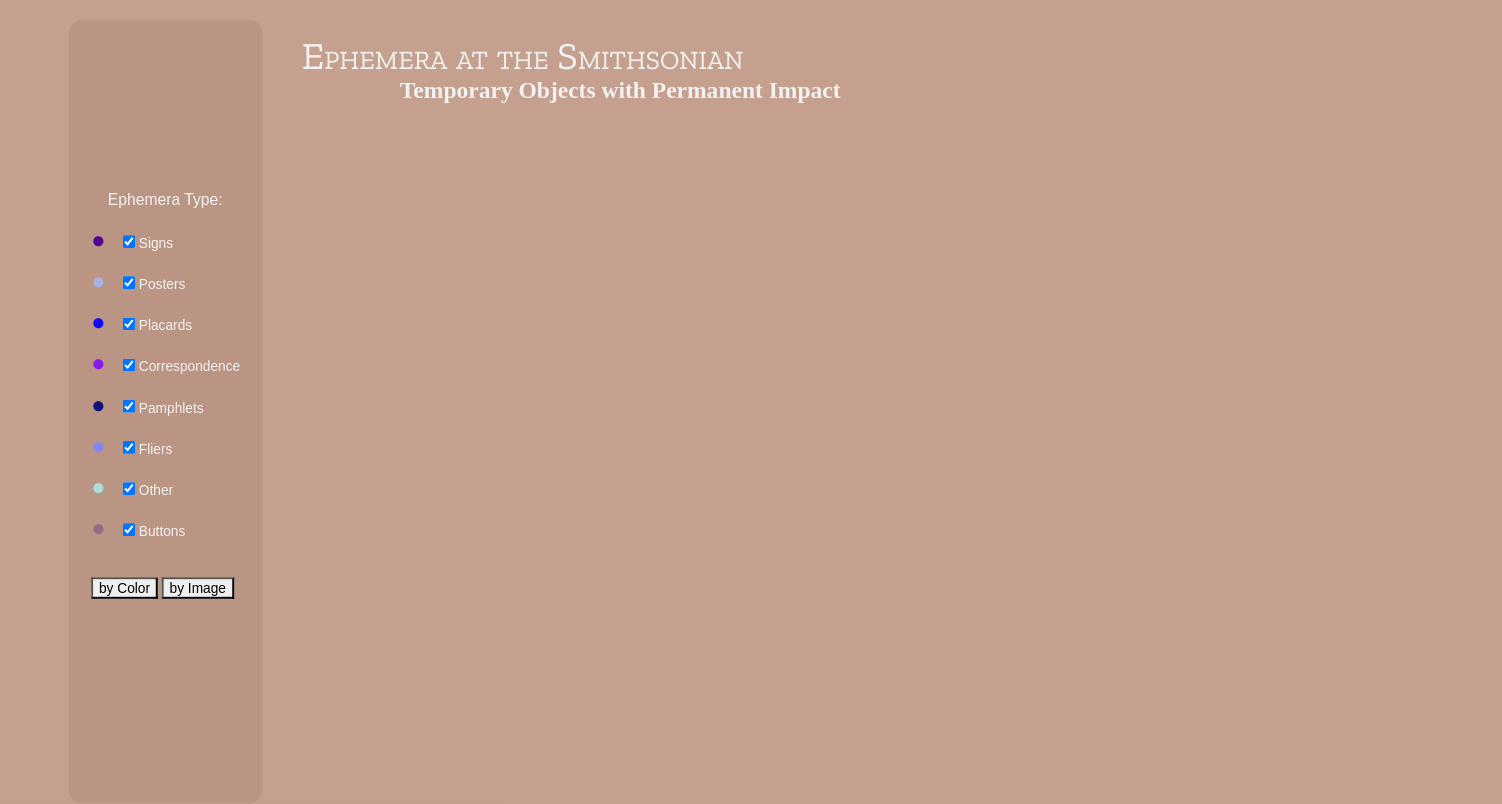
Repository: m0llyc00k/Major-studio-1
Page: Qualitative/examples-beeswarm/index-2.html
The author's editor kept a record of every edit. The page is drawn from the files as they stood at one moment, then again after the next edit.
The browser window is 1280 px wide. The page is 1533 px wide, then 1280 px, then 1533 px, so the pictures cover 1533 px, including what lies to the right of the window. The pictures show the whole page, at 98% of full size.
The page's requests for data from a server got no answer. Some web fonts or font styles are not loaded; a fallback is used.

Above is the page before.

### Qualitative/examples-beeswarm/index-2.html
<!DOCTYPE html>
<html lang="en">
<head>
  <title>Ephemera at the Smithsonian</title>
  <meta charset="utf-8">
  <meta name="viewport" content="width=device-width, initial-scale=1">
  <link rel="stylesheet" href="https://maxcdn.bootstrapcdn.com/bootstrap/4.5.2/css/bootstrap.min.css">
  <script src="https://ajax.googleapis.com/ajax/libs/jquery/3.5.1/jquery.min.js"></script>
  <script src="https://cdnjs.cloudflare.com/ajax/libs/popper.js/1.16.0/umd/popper.min.js"></script>
  <script src="https://maxcdn.bootstrapcdn.com/bootstrap/4.5.2/js/bootstrap.min.js"></script>
    <link rel="preconnect" href="https://fonts.googleapis.com">
    <link rel="preconnect" href="https://fonts.gstatic.com" crossorigin>
    <link href="https://fonts.googleapis.com/css2?family=Space+Grotesk:wght@300&family=Spartan:wght@100;400&family=Zilla+Slab:ital,wght@0,300;0,400;1,300;1,400&display=swap" rel="stylesheet">
    <link rel="preconnect" href="https://fonts.googleapis.com">
    <link rel="preconnect" href="https://fonts.gstatic.com" crossorigin>
    <link href="https://fonts.googleapis.com/css2?family=Zilla+Slab+Highlight:wght@400;700&display=swap" rel="stylesheet">

<style type="text/css">



        body {
            background-color: #C5A08E;
            zoom: reset;
        }


        .graph {
            width: 50%;
            background-color: #C5A08E;
        }

        #checkboxes > * {
            font: 14px sans-serif;
            font-weight: 300;
            color: #F3F3F3;
            padding: 3px;
            display: block;

        }

        .col-xs-4 {
            background-color: #ba9584;
            padding: 20px;
            border-radius: 15px;
            padding-top: 150px;
        }

        .measure-group {
            display:grid;
        }


        svg {
        background-color: #C5A08E;

        }

        .cells path {
            fill: none;
            pointer-events: all;
        }

        div.tooltip {
            position: fixed;
            text-align: left;
            color: white;
            white-space: normal;
            padding: 8px;
            font-size: 14px;
            background: rgb(96,125,139);
            border: 1px solid rgb(96,125,139);
            border-radius: 2px;
            pointer-events: none;
            cursor: pointer;
        }

        .axis path,
        .axis line {
            fill: none;
            stroke: rgb(96,125,139);
            shape-rendering: optimizeSpeed;
        }

        .axis text {
            font: 15px sans-serif;
            color: #F3F3F3;

        }

        .typeSort {}


        .container {
            padding-top: 20px;
        }




      </style>

</head>
<body>

<div class="container">
  <div class="row">

            <div class="col-xs-4"  id="checkboxes">
                <span style="position:relative; top: 5px; font-size: 16px; padding:20px;">Ephemera Type:</span>
                <label class="mdl-checkbox mdl-js-checkbox mdl-js-ripple-effect">
                    <span class="mdl-checkbox__label" id="signsColor" style="font-size: 24px; color: #530094;">&#9679;&nbsp;&nbsp;</span>
                    <input type="checkbox" value="signs" class="mdl-checkbox__input typeSort" checked="">    Signs
                </label>
                <label class="mdl-checkbox mdl-js-checkbox mdl-js-ripple-effect">
                    <span class="mdl-checkbox__label" id="postersColor" style="font-size: 24px; color: #A8B1E1;">&#9679;&nbsp;&nbsp;</span>
                    <input type="checkbox" value="posters" class="mdl-checkbox__input typeSort" checked="">    Posters
                </label>
                <label class="mdl-checkbox mdl-js-checkbox mdl-js-ripple-effect">
                    <span class="mdl-checkbox__label" id="placardsColor" style="font-size: 24px; color: #0E09F8;">&#9679;&nbsp;&nbsp;</span>
                    <input type="checkbox" value="placards" class="mdl-checkbox__input typeSort" checked="">    Placards
                </label>
                <label class="mdl-checkbox mdl-js-checkbox mdl-js-ripple-effect">
                     <span class="mdl-checkbox__label" id="correspondenceColor" style="font-size: 24px; color: #8C19E7;">&#9679;&nbsp;&nbsp;</span>
                    <input type="checkbox" value="correspondence" class="mdl-checkbox__input typeSort" checked="">    Correspondence
                </label>
                <label class="mdl-checkbox mdl-js-checkbox mdl-js-ripple-effect">
                     <span class="mdl-checkbox__label" id="pamphletsColor" style="font-size: 24px; color: #12107A;">&#9679;&nbsp;&nbsp;</span>
                    <input type="checkbox" value="pamphlets" class="mdl-checkbox__input typeSort" checked="">    Pamphlets
                </label>
                    <label class="mdl-checkbox mdl-js-checkbox mdl-js-ripple-effect">
                     <span class="mdl-checkbox__label" id="fliersColor" style="font-size: 24px; color: #8387F5;">&#9679;&nbsp;&nbsp;</span>
                    <input type="checkbox" value="fliers" class="mdl-checkbox__input typeSort" checked="">    Fliers
                </label>
                    <label class="mdl-checkbox mdl-js-checkbox mdl-js-ripple-effect">
                    <span class="mdl-checkbox__label" id="otherColor" style="font-size: 24px; color: #A8E1D8;">&#9679;&nbsp;&nbsp;</span>
                    <input type="checkbox" value="other" class="mdl-checkbox__input typeSort" checked="">    Other
                </label>
                <label class="mdl-checkbox mdl-js-checkbox mdl-js-ripple-effect">
                    <span class="mdl-checkbox__label" id="buttonsColor" style="font-size: 24px; color: #936C85;">&#9679;&nbsp;&nbsp;</span>
                    <input type="checkbox" value="buttons" class="mdl-checkbox__input typeSort" checked="">  Buttons
                </label>
                <div class="centered" style="padding-top: 25px">
    <div class="legendButtons" data-toggle="colorOrImage">
                <button onclick="changeColor(data)">by Color</button>
                <button onclick="changeImage(data)">by Image</button>
        <!--<button type="button" onclick="changeColor()" id="color" class="measure mdl-button mdl-js-button mdl-button--raised mdl-button--colored" value="typeSort">Type by Color</button> </br>-->
        <!--<button type="button" onclick="changeImage()" id="image" class="measure mdl-button mdl-js-button mdl-button--raised mdl-button--colored" value="primaryImage">Type by Image</button>-->
    </div>
    <!--<div class="scale-group" data-toggle="buttons-radio">-->
    <!--    <button type="button" class="scale mdl-button mdl-js-button mdl-button--raised mdl-button--colored" value="scaleLinear">Linear Scale</button>-->
    <!--    <button type="button" class="scale mdl-button mdl-js-button mdl-button--raised mdl-button--colored" value="scaleLog">Log Scale</button>-->
    <!--</div>-->
</div>
            </div>

    <div class="col-md-4" id="svganchor"></div><div class="col-xs-4"></div>




  </div>


<script src = "https://d3js.org/d3.v5.min.js"></script>
<script src = "beeswarm-2.js"></script>

</body>
</html>

### Qualitative/examples-beeswarm/beeswarm-2.js
let height = 800;
let width = 1250;
let margin = ({top: 40, right: 40, bottom: 34, left: 40});
let allDates = [];

// Data structure describing chart scales
let Scales = {
    lin: "scaleLinear",
    log: "scaleLog"
};

// Data structure describing volume of displayed data
let Count = {
    dateSort: "dateSort",
};

// Data structure describing legend fields value
let Legend = {
    dateSort: "dateSort",
};

let chartState = {};

chartState.measure = Count.dateSort;
chartState.scale = Scales.lin;
chartState.legend = Legend.dateSort;


// Colors used for circles depending on typeSort
let colors = d3.scaleOrdinal()
    .domain(["buttons", "signs", "posters", "placards", "correspondence", "pamphlets", "fliers", "other"])
    .range(['#936C85','#530094','#A8B1E1','#0E09F8','#8C19E7','#12107A', '#8387F5', '#A8E1D8']);

d3.select("#buttonsColor").style("color", colors("buttons"));
d3.select("#signsColor").style("color", colors("signs"));
d3.select("#postersColor").style("color", colors("posters"));
d3.select("#placardsColor").style("color", colors("placards"));
d3.select("#correspondenceColor").style("color", colors("correspondence"));
d3.select("#pamphletsColor").style("color", colors("pamphlets"));
d3.select("#fliersColor").style("color", colors("fliers"));
d3.select("#otherColor").style("color", colors("other"));


let svg = d3.select("#svganchor")
    .append("svg")
    .attr("width", width)
    .attr("height", height)

svg.append("text")
        .attr("x", 25)
        .attr("y", 50)
        .attr("text-anchor", "left")
        .style("font-size", "39px")
        .style("fill", "#f2f2f2")
        .style("font-family", "Zilla Slab")
        .style("font-variant", "small-caps")
        .text("Ephemera at the Smithsonian");

// Add subtitle to graph
svg.append("text")
        .attr("x", 125)
        .attr("y", 80)
        .attr("text-anchor", "left")
        .style("font-size", "24px")
        .style("fill", "#f2f2f2")
        .style("max-width", 400)
        .style("font-family", "Zilla Slab Highlight")
        .style("font-weight", 700)
        .text("Temporary Objects with Permanent Impact");



let xScale = d3.scaleLinear()
    .domain(allDates.map(d => d.dateSort))
    .range([margin.left, width - margin.right])

svg.append("g")
    .attr("class", "x axis")
    .attr("transform", "translate(0," + (height - margin.bottom) + ")")


// Create line that connects circle and X axis
let xLine = svg.append("line")
    .attr("stroke", "rgb(96,125,139)")
    .attr("stroke-dasharray", "3,4")
    .attr("stroke-width", "2");

// Create tooltip div and make it invisible
let tooltip = d3.select("#svganchor").append("div")
    .attr("class", "tooltip")
    .style("opacity", 0);

// Load and process data
d3.csv("https://raw.githubusercontent.com/m0llyc00k/major-studio-1/main/Qualitative/examples-beeswarm/beeswarm-data-new-Images.csv").then(function (data) {

    let dataSet = data;

    redraw();



    // Trigger filter function whenever checkbox is ticked/unticked
    d3.selectAll("input").on("change", filter);

    function redraw() {

        // Set scale type based on button clicked
        if (chartState.scale === Scales.lin) {
            xScale = d3.scaleLinear().range([ margin.left, width - margin.right ])
        }

        if (chartState.scale === Scales.log) {
            xScale = d3.scaleLog().range([ margin.left, width - margin.right ]);
        }

        xScale.domain(d3.extent(dataSet, function(d) {
            return +d[chartState.measure];
        }));

//set x axis
           let xAxis = d3.axisBottom(xScale)
                .ticks(12, ".0f");


        d3.transition(svg).select(".x.axis")
            .transition()
            .duration(1000)
            .call(xAxis);

        // Create simulation with specified dataset
        let simulation = d3.forceSimulation(dataSet)
            // Apply positioning force to push nodes towards desired position along X axis
            .force("x", d3.forceX(function(d) {
                // Mapping of values from date/perCapita column of dataset to range of SVG chart (<margin.left, margin.right>)
                return xScale(+d[chartState.measure]);  // This is the desired position
            }).strength(8))  // Increase velocity
            .force("y", d3.forceY((height / 1.75) - margin.bottom))  // // Apply positioning force to push nodes towards center along Y axis
            .force("collide", d3.forceCollide(14)) // Apply collision force with radius of 9 - keeps nodes centers 9 pixels apart
            .stop();  // Stop simulation from starting automatically

        // Manually run simulation
        for (let i = 0; i < dataSet.length; ++i) {
            simulation.tick(5);
        }
function changeColor() {
        // Create ephemera circles
        let titleCircles = svg.selectAll(".title")
            .data(dataSet, function(d) { return d.title });

        titleCircles.exit()
            .transition()
            .duration(1000)
            .attr("cx", 0)
            .attr("cy", (height / 2) - margin.bottom / 2)
            .remove();

        titleCircles.enter()
            .append("circle")
            .attr("class", "title")
            .attr("cx", width - margin.right)
            .attr("cy", (height) - margin.bottom)
            .attr("r", 13)
            .attr("fill", function(d){ return colors(d.typeSort)})
            .merge(titleCircles)
            .transition()
            .duration(2000)
            .attr("cx", function(d) { return d.x; })
            .attr("cy", function(d) { return d.y; });

}

// function changeImage (){
var images = svg.selectAll(".primaryImage")
            .data(dataSet, function(d) { return d.primaryImage });

        images.exit()
            .transition()
            .duration(1000)
            .attr("cx", 0)
            .attr("cy", (height) - margin.bottom)
            .remove();

        images.enter()
            .append("svg:image")
            .attr("xlink:href", function(d) { return d.primaryImage;})
            .attr("width", 50)
            .attr("height", 50)
            .attr("x", width - margin.right / 2)
            .attr("y", (height) - margin.bottom / 2)
            .merge(images)
            .transition()
            .duration(2000)
            .attr("x", function(d) { return d.x; })
            .attr("y", function(d) { return d.y; });

// }

        // Show tooltip when hovering over circle (data for respective country)
        d3.selectAll(".title").on("mousemove", function(d) {
            tooltip.html(`<div id="textTooltip">
                          <strong>${d.title}</strong><br>
                          ${d.typeTrue}<br>
                          <strong>${d.dateTrue}</strong><br>
                          </div>
                          <div id="imageTooltip" float:right>
                          <img src="${d.primaryImage}" alt="image here">
                          </div>
                          `)
                // .style('top', d3.event.pageY - 1 + 5 + 'px')
                // .style('left', d3.event.pageX + 1 + 10 + 'px')
                .style("opacity", 0.9)
                .style("left", d3.select(this).attr("cx") + "px")
                .style("top", d3.select(this).attr("cy") + "px");





            xLine.attr("x1", d3.select(this).attr("cx"))
                .attr("y1", d3.select(this).attr("cy"))
                .attr("y2", (height - margin.bottom))
                .attr("x2",  d3.select(this).attr("cx"))
                .attr("opacity", 1)


        }).on("mouseout", function(_) {
            tooltip.style("opacity", 0);
            xLine.attr("opacity", 0);
        });

    }

    // Filter data based on which checkboxes are ticked
    function filter() {

        function getCheckedBoxes(checkboxName) {

            let checkboxes = d3.selectAll(checkboxName).nodes();
            let checkboxesChecked = [];
            for (let i = 0; i < checkboxes.length; i++) {
                if (checkboxes[i].checked) {
                    checkboxesChecked.push(checkboxes[i].defaultValue);
                }
            }
            return checkboxesChecked.length > 0 ? checkboxesChecked : null;
        }

        let checkedBoxes = getCheckedBoxes(".typeSort");

        let newData = [];

        if (checkedBoxes == null) {
            dataSet = newData;
            redraw();
            return;
        }

        for (let i = 0; i < checkedBoxes.length; i++){
            let newArray = data.filter(function(d) {
                return d.typeSort === checkedBoxes[i];
            });
            Array.prototype.push.apply(newData, newArray);
        }

        dataSet = newData;
        redraw();
    }

}).catch(function (error) {
    if (error) throw error;
});

After the next edit:
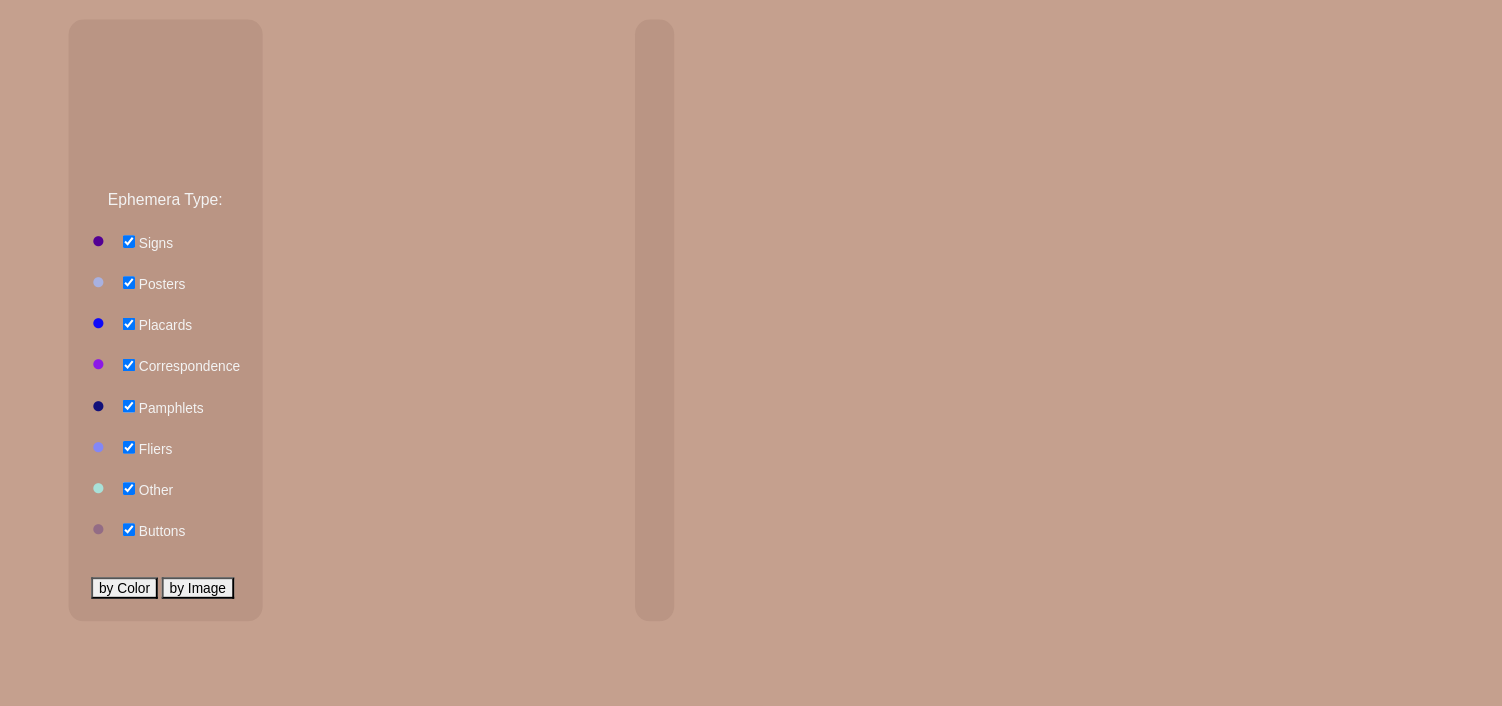
Console error: SyntaxError: Unexpected token ')'
The edit:
--- a/Qualitative/examples-beeswarm/beeswarm-2.js
+++ b/Qualitative/examples-beeswarm/beeswarm-2.js
@@ -169,7 +169,7 @@
 
 }
 
-// function changeImage (){
+function changeImage (){
 var images = svg.selectAll(".primaryImage")
             .data(dataSet, function(d) { return d.primaryImage });
 

After the edit that followed:
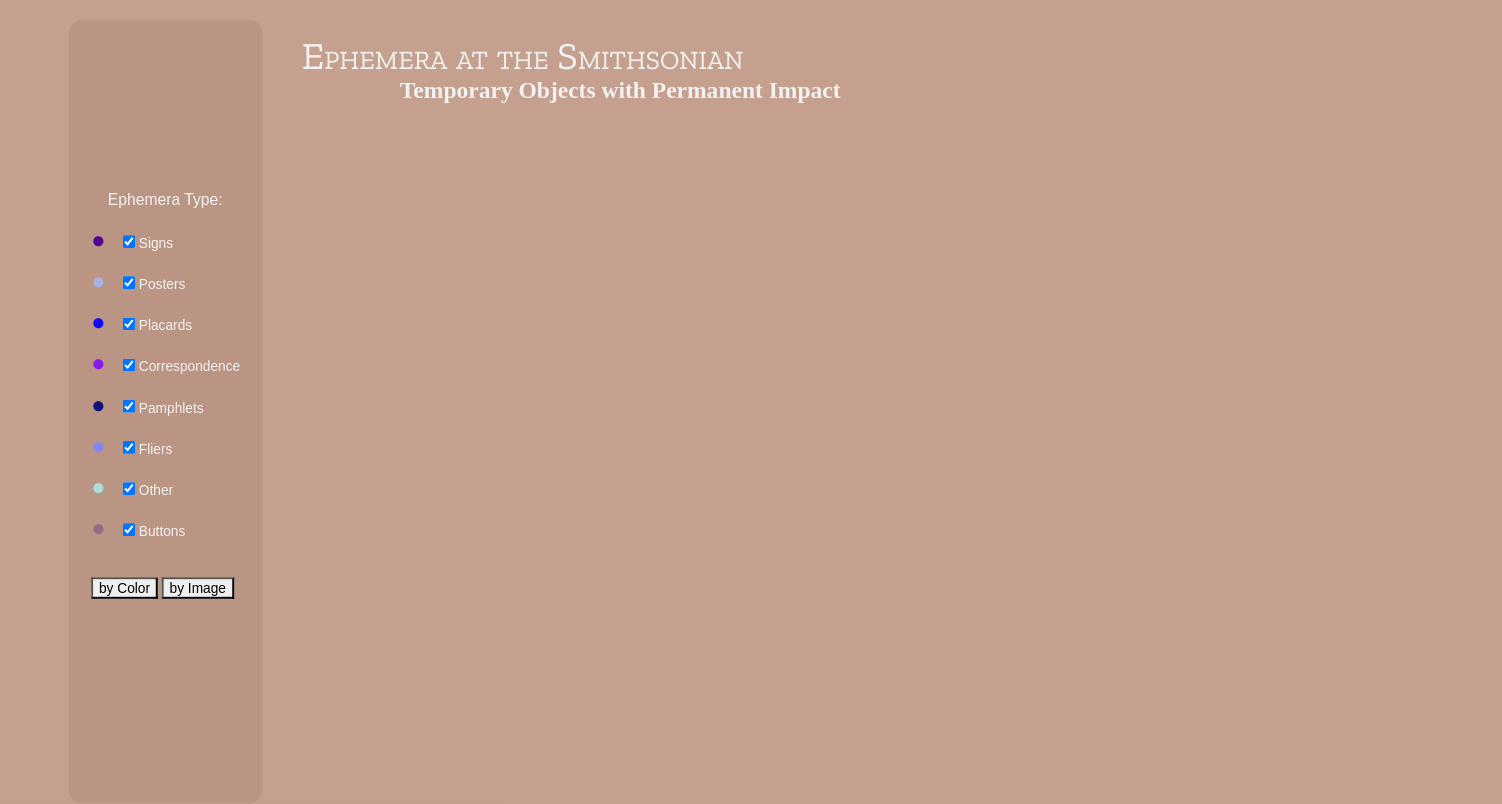
The error is gone.
The edit:
--- a/Qualitative/examples-beeswarm/beeswarm-2.js
+++ b/Qualitative/examples-beeswarm/beeswarm-2.js
@@ -193,7 +193,7 @@
             .attr("x", function(d) { return d.x; })
             .attr("y", function(d) { return d.y; });
 
-// }
+}
 
         // Show tooltip when hovering over circle (data for respective country)
         d3.selectAll(".title").on("mousemove", function(d) {
